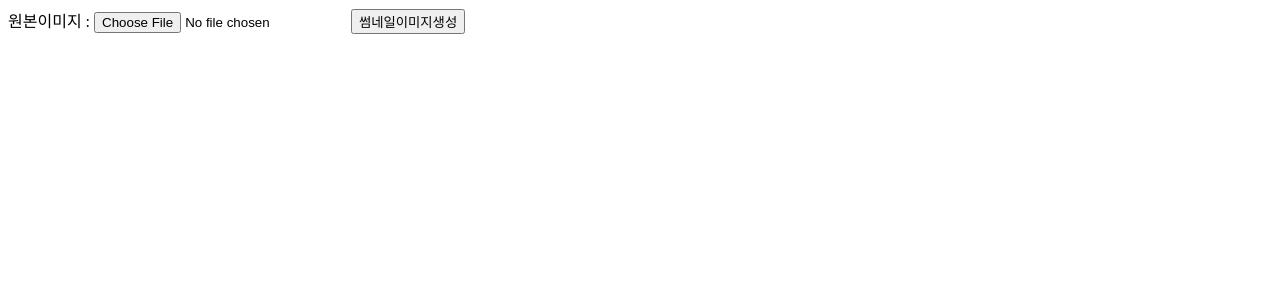
Repository: LucestDail/jdbcWorkspace
Page: http://localhost/jdbcProject/thumbnail/thumbnailForm.jsp
The author's editor kept a copy of each file at every save. The page is drawn from the files as they stood at one save, then again after the next save.
The browser window is 1280 px wide. The pictures show the whole page.
The page is served by Tomcat 9. Other server files are loaded and not shown.

Above is the page before, as saved 2020-11-19 05:39:11.

### jdbcProject/WebContent/thumbnail/thumbnailForm.jsp
<%@ page language="java" contentType="text/html; charset=EUC-KR"
    pageEncoding="EUC-KR"%>
<!DOCTYPE html>
<html>
<head>
<meta charset="EUC-KR">
<title>Insert title here</title>
</head>
<body>
<form action = "thumbnail.jsp" method = "post" enctype = "multipart/form-data">
	원본이미지 : <input type = "file" name = "picture">
	<input type = "submit" value = "썸네일이미지생성">
</form>
</body>
</html>

After the next save:
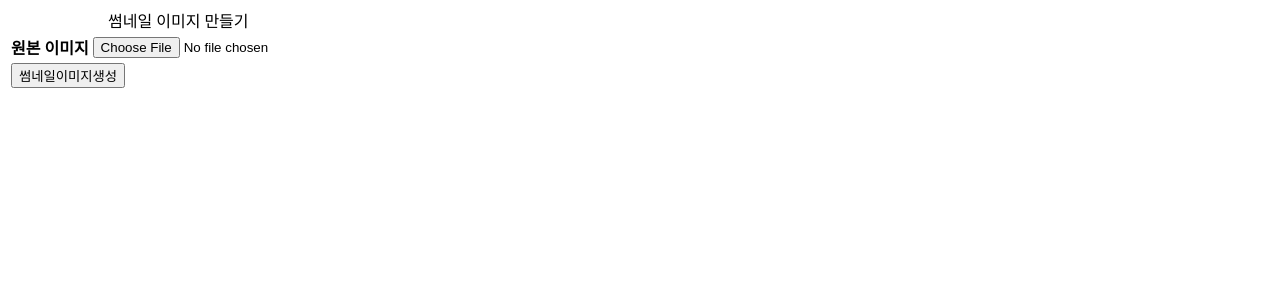
Saved 114 s later.
--- a/jdbcProject/WebContent/thumbnail/thumbnailForm.jsp
+++ b/jdbcProject/WebContent/thumbnail/thumbnailForm.jsp
@@ -8,8 +8,18 @@
 </head>
 <body>
 <form action = "thumbnail.jsp" method = "post" enctype = "multipart/form-data">
-	원본이미지 : <input type = "file" name = "picture">
-	<input type = "submit" value = "썸네일이미지생성">
+<table><caption> 썸네일 이미지 만들기</caption>
+	<tr>
+		<th>원본 이미지</th>
+		<td><input type = "file" name = "picture"></td>
+	</tr>
+		<td colspan = "2">
+			<input type = "submit" value = "썸네일이미지생성">
+		</td>
+	<tr>
+
+	</tr>
+</table>
 </form>
 </body>
 </html>
